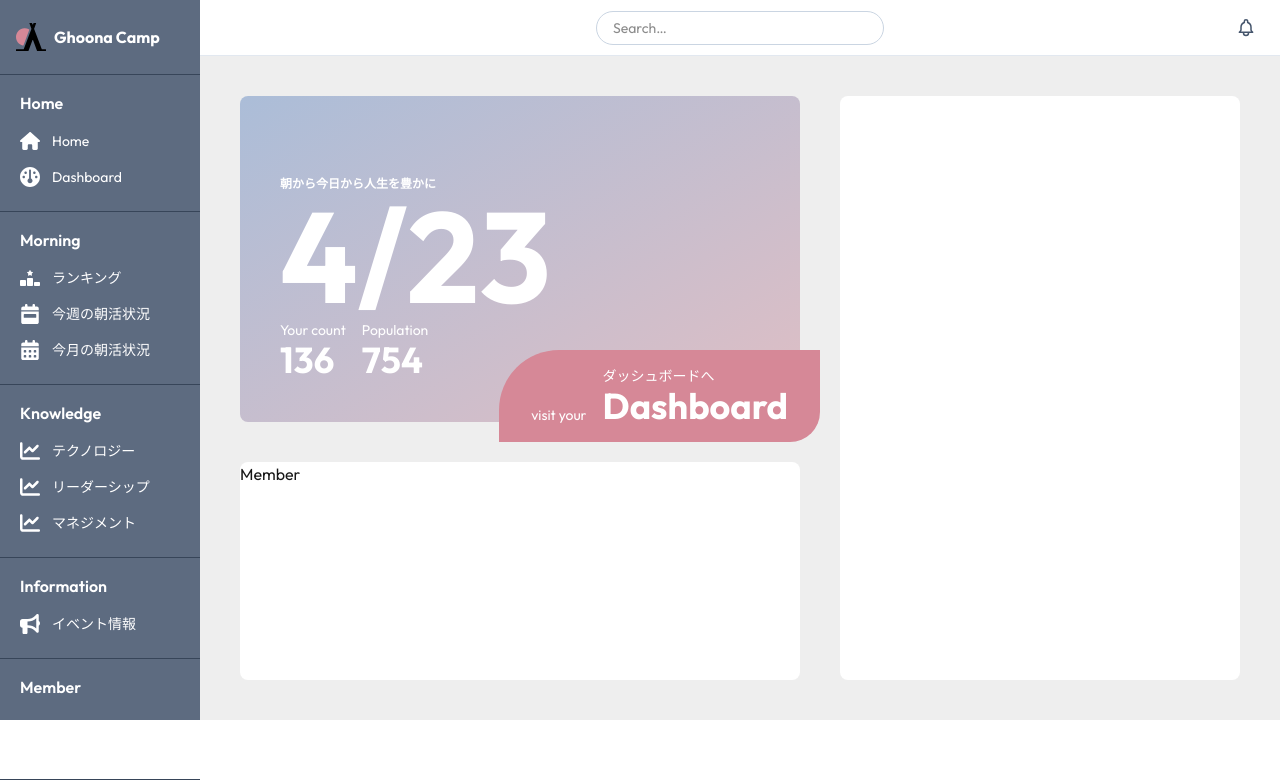
Repository: ShotaGhoona/ghoonacamp_platform
Page: /
The author's editor kept a copy of each file at every save. The page is drawn from the files as they stood at one save, then again after the next save.
The browser window is 1280 px wide. The pictures show the whole page.
The page's requests for data from a server got no answer. The project was rebuilt for these pictures with package versions that can differ from the ones it lists, and the page was loaded fresh each time. The framework's server and built-in components were replaced by stand-ins that run in the browser. No one was signed in, and anything a server would have sent is missing. Also part of the build but not shown: next.config.js.

Above is the page before, as saved 2025-04-25 13:01:05.

### src/app/layout.tsx
import type { Metadata } from 'next';
import { Outfit } from 'next/font/google';
import './globals.css';
import Sidebar from '@/components/display/sidebar';
import Header from '@/components/display/header';
import { AuthProvider } from './providers';

const outfit = Outfit({ subsets: ['latin'] });

export const metadata: Metadata = {
  title: 'Ghoona Camp',
  description: 'Ghoona Camp Platform',
};

export default function RootLayout({
  children,
}: {
  children: React.ReactNode;
}) {
  return (
    <html lang="ja">
      <body className={outfit.className}>
        <AuthProvider>
          <div className="flex">
            <div className="w-[200px] transition-all duration-300">
              <Sidebar />
            </div>
            <div className="flex-1 flex flex-col min-h-screen">
              <Header />
              <main className=" bg-[#EEEEEE] flex-1 px-10 py-10">{children}</main>
            </div>
          </div>
        </AuthProvider>
      </body>
    </html>
  );
}

### src/app/page.tsx
import IndexPage from "@/features/home/home/display/index";

export default function Home() {
  return (
    <IndexPage />
  );
}

### src/components/display/sidebar.tsx
'use client';

import Link from 'next/link';
import { usePathname } from 'next/navigation';
import clsx from 'clsx';

const groups: { title: string; links: { href: string; label: string; icon: string }[] }[] = [
  {
    title: 'Home',
    links: [
      { href: '/home', label: 'Home', icon: '/svg/sidebarIcon/home.svg' },
      { href: '/home/dashboard', label: 'Dashboard', icon: '/svg/sidebarIcon/dashboard.svg' },
    ],
  },
  {
    title: 'Morning',
    links: [
      { href: '/morning/ranking', label: 'ランキング', icon: '/svg/sidebarIcon/ranking.svg' },
      { href: '/morning/weekend', label: '今週の朝活状況', icon: '/svg/sidebarIcon/week.svg' },
      { href: '/morning/month', label: '今月の朝活状況', icon: '/svg/sidebarIcon/month.svg' },
    ],
  },
  {
    title: 'Knowledge',
    links: [
      { href: '/knowledge/tech', label: 'テクノロジー', icon: '/svg/sidebarIcon/analysis.svg' },
      { href: '/knowledge/leadership', label: 'リーダーシップ', icon: '/svg/sidebarIcon/analysis.svg' },
      { href: '/knowledge/management', label: 'マネジメント', icon: '/svg/sidebarIcon/analysis.svg' },
    ],
  },
  {
    title: 'Information',
    links: [{ href: '/information/events', label: 'イベント情報', icon: '/svg/sidebarIcon/externalEvents.svg' }],
  },
  {
    title: 'Member',
    links: [{ href: '/members', label: 'GhoonaCamper一覧', icon: '/svg/sidebarIcon/analysis.svg' }],
  },
];

export default function Sidebar() {
  const pathname = usePathname();

  return (
    <aside className="w-full h-screen bg-[#5D6B80] text-white">
      <div className="flex items-center gap-2 h-[75px] px-4 border-b border-[#374559]">
        <img src="/svg/logo.svg" alt="Ghoona Camp" className="w-[30px] h-[30px]" />
        <span className="font-bold">Ghoona Camp</span>
      </div>

      <nav>
        {groups.map((g) => (
          <div key={g.title} className="border-b border-[#374559] px-[20px] py-4">
            <p className="text-base font-semibold mb-2">
              {g.title}
            </p>
            {g.links.map((l) => (
              <Link
                key={l.href}
                href={l.href}
                className={clsx(
                  'flex items-center gap-3 py-2 text-sm',
                  pathname === l.href
                    ? 'bg-primary text-white'
                    : 'hover:bg-slate-600'
                )}
              >
                <img src={l.icon} alt={l.label} className="w-[20px] h-[20px]" />
                <span>{l.label}</span>
              </Link>
            ))}
          </div>
        ))}
      </nav>
    </aside>
  );
}

### src/components/display/header.tsx
'use client';

import Image from 'next/image';
import { useSession } from 'next-auth/react';

export default function Header() {
  const { data: session } = useSession();

  return (
    <header className="flex items-center justify-between h-14 px-6 border-b border-slate-200 bg-white">
      {/* 空白をあけて中央に検索バーを置くレイアウト */}
      <div className="flex-1" />

      <div className="flex-1 flex justify-center">
        {/* ダミー検索バー */}
        <input
          type="text"
          placeholder="Search…"
          className="w-72 rounded-full border border-slate-300 px-4 py-1.5 text-sm focus:outline-primary"
        />
      </div>

      <div className="flex-1 flex justify-end items-center gap-4">
        {/* 通知ベルなど置く予定ならここ */}
        <button className="relative">
          <span className="sr-only">Notifications</span>
          <svg
            className="w-5 h-5 text-slate-600"
            fill="none"
            stroke="currentColor"
            strokeWidth={1.8}
            viewBox="0 0 24 24"
          >
            <path
              strokeLinecap="round"
              strokeLinejoin="round"
              d="M15 17h5l-1.405-1.405A2.032 2.032 0 0118 14.158V11a6.002 6.002 0 00-4-5.659V4a2 2 0 10-4 0v1.341C7.67 6.165 6 8.388 6 11v3.159c0 .538-.214 1.055-.595 1.436L4 17h5m6 0v1a3 3 0 11-6 0v-1m6 0H9"
            />
          </svg>
        </button>

        {/* ユーザー情報 */}
        {session?.user && (
          <div className="flex items-center gap-3">
            <span className="text-sm font-medium text-slate-700">
              {session.user.name}
            </span>
            <Image
              src={session.user.image || "/avatar-placeholder.png"}
              alt={session.user.name || "Avatar"}
              width={32}
              height={32}
              className="rounded-full ring-1 ring-slate-300"
            />
          </div>
        )}
      </div>
    </header>
  );
}

### src/features/home/home/display/index.tsx

// コンポーネント
import Hero from "./hero";
import Member from "./member";
export default function IndexPage() {
  return (
    <div className="flex gap-10 h-full">
      <div className="flex-1 flex flex-col gap-10 h-full rounded-lg">
        <div className="flex flex-col bg-gradient-to-br from-[#ABBDD8] to-[#DFBEC4] h-[60%] rounded-lg">
          <Hero />
        </div>
        <div className="w-full h-[40%] bg-white rounded-lg">
          <Member />
        </div>
      </div>
      <div className="w-[400px] h-full bg-white rounded-lg">

      </div>
    </div>
  );
}

### src/features/home/home/display/hero.tsx
// コンポーネント
import CornerCta from "../components/cornerCta";
// ページ遷移
import Link from "next/link";


export default function Hero() {
  return (
    <div className="w-full h-full p-10 flex justify-between relative">
      <div className="flex-1 text-white mt-10">
        <div className="flex flex-col">
            <p className="text-xs font-bold">朝から今日から人生を豊かに</p>
            <p className="text-9xl font-bold">4/23</p>
        </div>
        <div className="flex gap-4">
          <div>
            <p className="text-sm">Your count</p>
            <p className="text-4xl font-bold">136</p>
          </div>
          <div>
            <p className="text-sm">Population</p>
            <p className="text-4xl font-bold">754</p>
          </div>
        </div>
      </div>
      <Link href="/dashboard" className="absolute -bottom-5 -right-5 flex flex-col gap-4">
        <CornerCta  color="D68897"  text="Dashboard"  subText="ダッシュボードへ" subText2="visit your" />
      </Link>
    </div>
  );
}

### src/features/home/home/display/member.tsx
export default function Member() {
  return (
    <div>
      <h1>Member</h1>
    </div>
  );
}

### src/features/home/home/components/cornerCta.tsx
export default function CornerCta(
    { color, text, subText, subText2 }: { color: string; text: string; subText: string; subText2: string }
) {
  return (
    <div
      style={{ backgroundColor: `#${color}` }}
      className="px-8 py-4 rounded-tl-[60px] rounded-br-[30px] text-white flex items-end gap-4 cursor-pointer hover:opacity-90 transition-opacity"
    >
        <div>
            <span className="text-sm">{subText2}</span>
        </div>
        <div className="flex flex-col">
            <span className="text-sm">{subText}</span>
            <span className="text-4xl font-bold">{text}</span>
        </div>
    </div>
  );
}

Loaded but not shown: src/app/globals.css (common file); src/app/providers.tsx (common file)

After the next save:
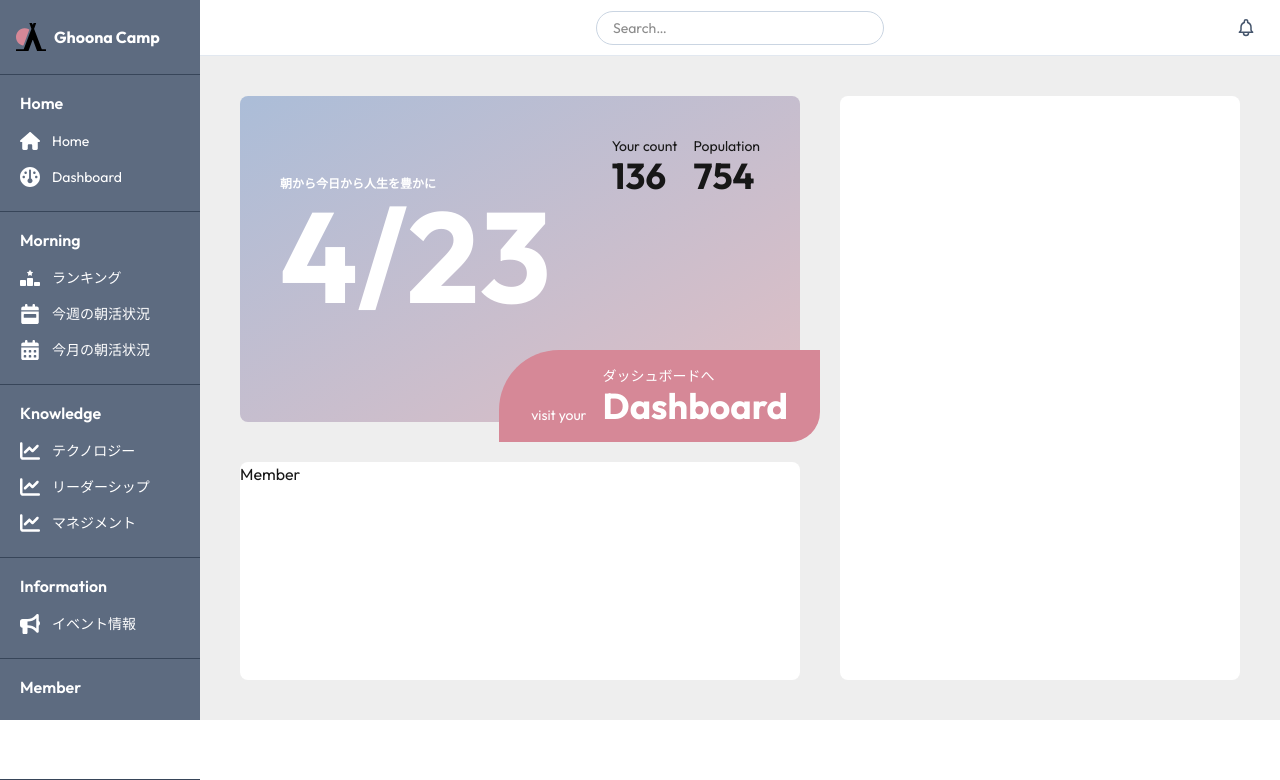
Saved 50 s later.
--- a/src/features/home/home/display/hero.tsx
+++ b/src/features/home/home/display/hero.tsx
@@ -8,21 +8,19 @@ export default function Hero() {
   return (
     <div className="w-full h-full p-10 flex justify-between relative">
       <div className="flex-1 text-white mt-10">
-        <div className="flex flex-col">
             <p className="text-xs font-bold">朝から今日から人生を豊かに</p>
             <p className="text-9xl font-bold">4/23</p>
+      </div>
+    <div className="flex gap-4">
+        <div>
+        <p className="text-sm">Your count</p>
+        <p className="text-4xl font-bold">136</p>
         </div>
-        <div className="flex gap-4">
-          <div>
-            <p className="text-sm">Your count</p>
-            <p className="text-4xl font-bold">136</p>
-          </div>
-          <div>
-            <p className="text-sm">Population</p>
-            <p className="text-4xl font-bold">754</p>
-          </div>
+        <div>
+        <p className="text-sm">Population</p>
+        <p className="text-4xl font-bold">754</p>
         </div>
-      </div>
+    </div>
       <Link href="/dashboard" className="absolute -bottom-5 -right-5 flex flex-col gap-4">
         <CornerCta  color="D68897"  text="Dashboard"  subText="ダッシュボードへ" subText2="visit your" />
       </Link>
